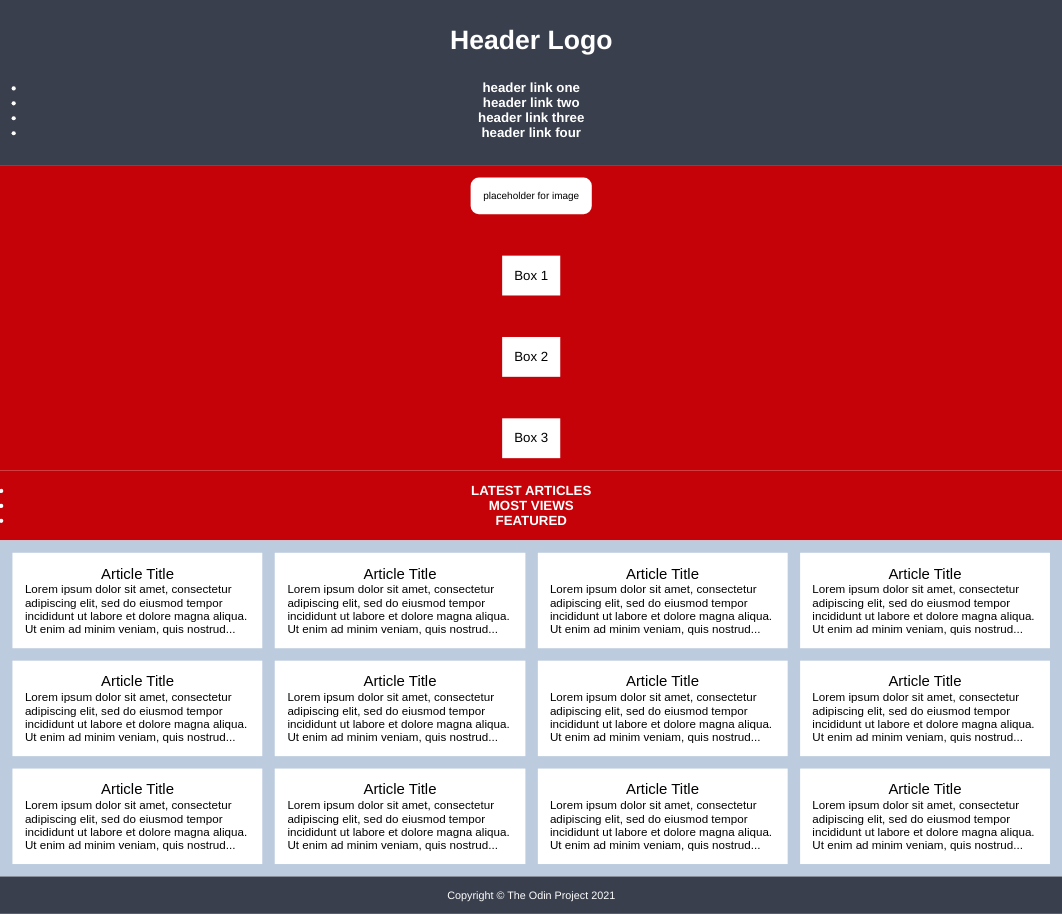
Repository: gkintu/css-exercises
Page: intermediate-html-css/advanced-grid/02-holy-grail-mockup/index.html
The author's editor kept a copy of each file at every save. The page is drawn from the files as they stood at one save, then again after the next save.
The browser window is 1280 px wide. The pictures show the whole page, at 83% of full size.

Above is the page before, as saved 2025-03-04 08:34:46.

### intermediate-html-css/advanced-grid/02-holy-grail-mockup/index.html
<!DOCTYPE html>
<html lang="en">
  <head>
    <meta charset="UTF-8">
    <meta http-equiv="X-UA-Compatible" content="IE=edge">
    <meta name="viewport" content="width=device-width, initial-scale=1.0">
    <title>Holy Grail Mockup</title>
    <link rel="stylesheet" href="style.css">
  </head>
  <body>
    <div class="container">

      <div class="header">
        <div class="logo">Header Logo</div>
        <div class="menu">
          <ul>
            <li>header link one</li>
            <li>header link two</li>
            <li>header link three</li>
            <li>header link four</li>
          </ul>
        </div>
      </div>

      <div class="sidebar">
        <div class="photo">
          <p>placeholder for image</p>
        </div>
        <div class="side-content">Box 1
        </div>
        <div class="side-content">Box 2
        </div>
        <div class="side-content">Box 3
        </div>
      </div>

      <div class="nav">
        <ul>
          <li>Latest Articles</li>
          <li>Most Views</li>
          <li>Featured</li>
        </ul>
      </div>

      <div class="article">
        <div class="card">
          <p class="title">Article Title</p>
          <p>Lorem ipsum dolor sit amet, consectetur adipiscing elit, sed do eiusmod tempor incididunt ut labore et dolore magna aliqua. Ut enim ad minim veniam, quis nostrud...</p>
        </div>
        <div class="card">
          <p class="title">Article Title</p>
          <p>Lorem ipsum dolor sit amet, consectetur adipiscing elit, sed do eiusmod tempor incididunt ut labore et dolore magna aliqua. Ut enim ad minim veniam, quis nostrud...</p>
        </div>
        <div class="card">
          <p class="title">Article Title</p>
          <p>Lorem ipsum dolor sit amet, consectetur adipiscing elit, sed do eiusmod tempor incididunt ut labore et dolore magna aliqua. Ut enim ad minim veniam, quis nostrud...</p>
        </div>
        <div class="card">
          <p class="title">Article Title</p>
          <p>Lorem ipsum dolor sit amet, consectetur adipiscing elit, sed do eiusmod tempor incididunt ut labore et dolore magna aliqua. Ut enim ad minim veniam, quis nostrud...</p>
        </div>
        <div class="card">
          <p class="title">Article Title</p>
          <p>Lorem ipsum dolor sit amet, consectetur adipiscing elit, sed do eiusmod tempor incididunt ut labore et dolore magna aliqua. Ut enim ad minim veniam, quis nostrud...</p>
        </div>
        <div class="card">
          <p class="title">Article Title</p>
          <p>Lorem ipsum dolor sit amet, consectetur adipiscing elit, sed do eiusmod tempor incididunt ut labore et dolore magna aliqua. Ut enim ad minim veniam, quis nostrud...</p>
        </div>
        <div class="card">
          <p class="title">Article Title</p>
          <p>Lorem ipsum dolor sit amet, consectetur adipiscing elit, sed do eiusmod tempor incididunt ut labore et dolore magna aliqua. Ut enim ad minim veniam, quis nostrud...</p>
        </div>
        <div class="card">
          <p class="title">Article Title</p>
          <p>Lorem ipsum dolor sit amet, consectetur adipiscing elit, sed do eiusmod tempor incididunt ut labore et dolore magna aliqua. Ut enim ad minim veniam, quis nostrud...</p>
        </div>
        <div class="card">
          <p class="title">Article Title</p>
          <p>Lorem ipsum dolor sit amet, consectetur adipiscing elit, sed do eiusmod tempor incididunt ut labore et dolore magna aliqua. Ut enim ad minim veniam, quis nostrud...</p>
        </div>
        <div class="card">
          <p class="title">Article Title</p>
          <p>Lorem ipsum dolor sit amet, consectetur adipiscing elit, sed do eiusmod tempor incididunt ut labore et dolore magna aliqua. Ut enim ad minim veniam, quis nostrud...</p>
        </div>
        <div class="card">
          <p class="title">Article Title</p>
          <p>Lorem ipsum dolor sit amet, consectetur adipiscing elit, sed do eiusmod tempor incididunt ut labore et dolore magna aliqua. Ut enim ad minim veniam, quis nostrud...</p>
        </div>
        <div class="card">
          <p class="title">Article Title</p>
          <p>Lorem ipsum dolor sit amet, consectetur adipiscing elit, sed do eiusmod tempor incididunt ut labore et dolore magna aliqua. Ut enim ad minim veniam, quis nostrud...</p>
        </div>
      </div>

      <div class="footer">
        <p>Copyright © The Odin Project 2021</p>
      </div>

    </div>
  </body>
</html>

### intermediate-html-css/advanced-grid/02-holy-grail-mockup/style.css
* {
  margin: 0;
  padding: 0;
}

.container {
  text-align: center;
  grid-template-columns: 1fr 4fr;
  gap: 4px;


}

.container div {
  padding: 15px;
  font-size: 32px;
  font-family: Helvetica;
  font-weight: bold;
  color: white;
}

.header {
  background-color: #393f4d;
  grid-template-columns: 1fr 4fr;
}

.menu ul {
  display: grid;

}

.nav ul {
  display: grid;

}

.menu ul,
.menu li {
  font-size: 16px;
}

.sidebar {
  background-color: #C50208;
  display:grid;
  gap: 50px;
  justify-items: center;
  align-items: center;
}

.sidebar .photo {
  background-color: white;
  color: black;
  font-size: 12px;
  font-weight: normal;
  border-radius: 10px;
}


.sidebar .side-content {
  background-color: white;
  color: black;
  font-size: 16px;
  font-weight: normal;
}

.nav {
  background-color: #C50208;
}

.nav ul li {
  font-size: 16px;
  text-transform: uppercase;
}

.article {
  background-color: #bccbde;
  display:grid;
  grid-template-columns: repeat(auto-fit, minmax(250px, 1fr));
  gap: 15px;
}

.article p {
  font-size: 18px;
  font-family: sans-serif;
  color: white;
  text-align: left;
}

.article .card {
  background-color: #FFFFFF;
  color: black;
  text-align: center;
}

.card p {
  color: black;
  font-weight: normal;
  font-size: 14px;
}

.card .title {
  font-size: 18px;
  text-align: center;
}

.footer {
  background-color: #393f4d;
}

.footer p {
  font-size: 13px;
  font-weight: normal;
}

After the next save:
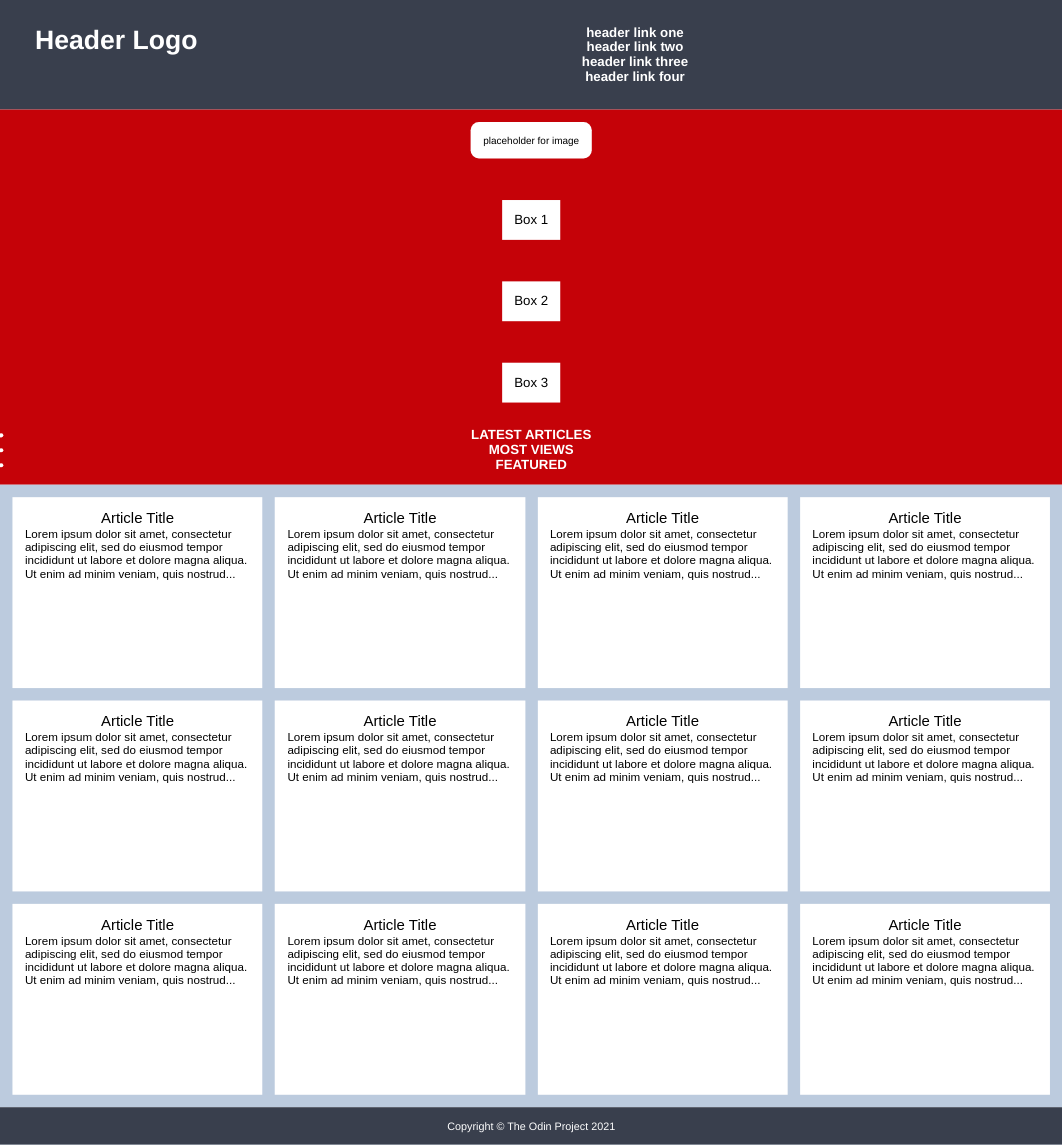
Saved 18 min 55 s later.
--- a/intermediate-html-css/advanced-grid/02-holy-grail-mockup/style.css
+++ b/intermediate-html-css/advanced-grid/02-holy-grail-mockup/style.css
@@ -7,7 +7,9 @@
   text-align: center;
   grid-template-columns: 1fr 4fr;
   gap: 4px;
+  grid-template-areas:
 
+  ;
 
 }
 
@@ -20,13 +22,15 @@
 }
 
 .header {
+
   background-color: #393f4d;
+  display: grid;
   grid-template-columns: 1fr 4fr;
 }
 
 .menu ul {
   display: grid;
-
+  list-style-type: none;
 }
 
 .nav ul {
@@ -40,6 +44,7 @@
 }
 
 .sidebar {
+
   background-color: #C50208;
   display:grid;
   gap: 50px;
@@ -64,6 +69,7 @@
 }
 
 .nav {
+
   background-color: #C50208;
 }
 
@@ -73,10 +79,15 @@
 }
 
 .article {
+
   background-color: #bccbde;
   display:grid;
   grid-template-columns: repeat(auto-fit, minmax(250px, 1fr));
   gap: 15px;
+}
+
+.card {
+  height: 200px;
 }
 
 .article p {
@@ -104,7 +115,9 @@
 }
 
 .footer {
+
   background-color: #393f4d;
+
 }
 
 .footer p {
